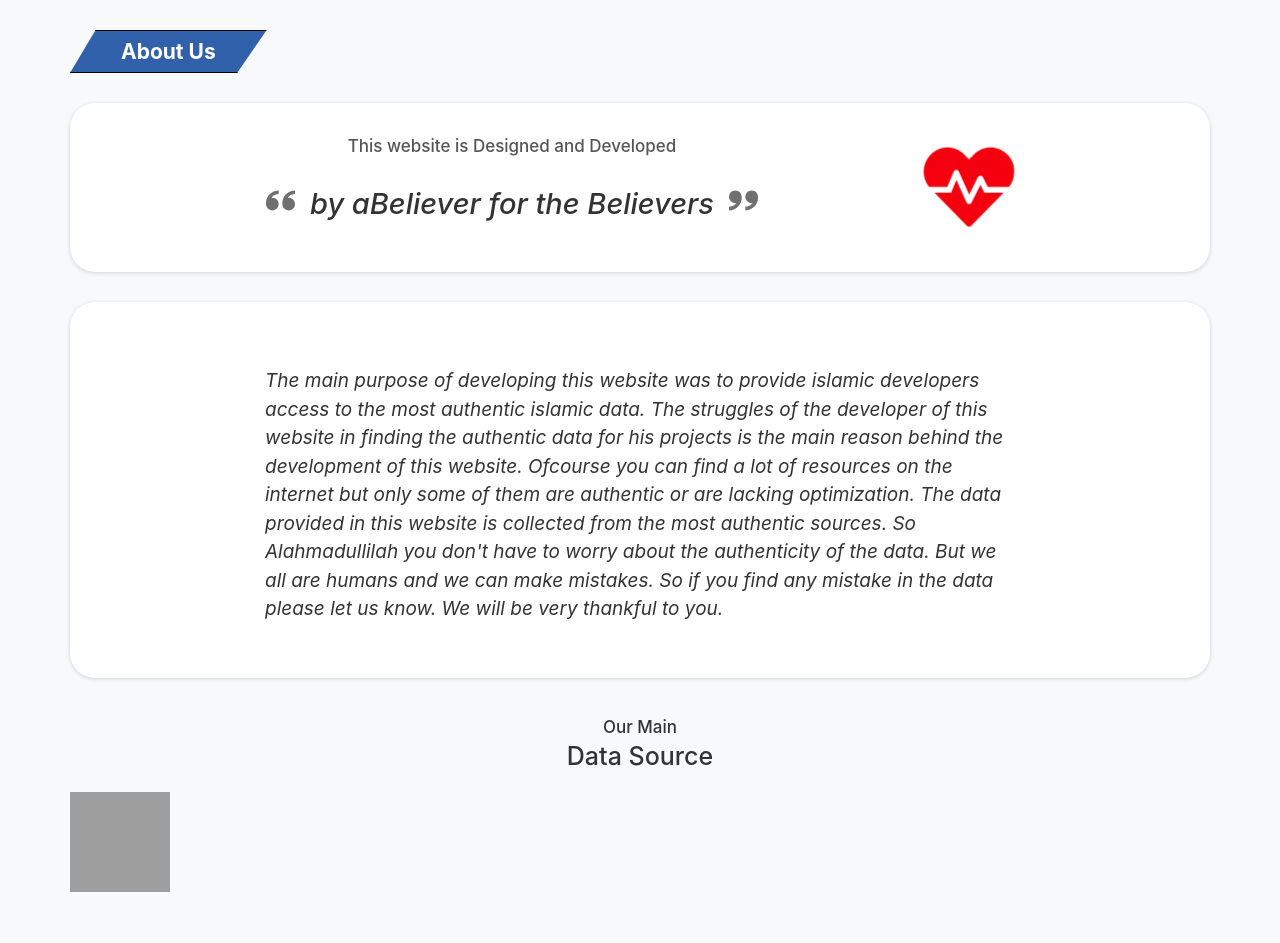
Repository: SpicierEwe/islamic-dev-repo
Page: /legal/about_us
The author's editor kept a copy of each file at every save. The page is drawn from the files as they stood at one save, then again after the next save.
The browser window is 1280 px wide. The pictures show the whole page.
Pictures or frames that could not be fetched are drawn as grey boxes. The project was rebuilt for these pictures with package versions that can differ from the ones it lists, and the page was loaded fresh each time. The framework's server and built-in components were replaced by stand-ins that run in the browser. Also part of the build but not shown: next.config.js.

Above is the page before, as saved 2022-09-16 18:08:10.

### pages/_app.js
import "../styles/globals.css";
import { DataContextProvider } from "../store/data_context";

function MyApp({ Component, pageProps }) {
  return (
    <DataContextProvider>
      <Component {...pageProps} />
    </DataContextProvider>
  );
}

export default MyApp;

### pages/legal/about_us.js
import AboutUs from "../../components/legal/about_us/about_us";

export default function Legal() {
  return (
    <div>
      <AboutUs></AboutUs>
    </div>
  );
}

### styles/globals.css
html,
body,
div,
span,
applet,
object,
iframe,
h1,
h2,
h3,
h4,
h5,
h6,
p,
blockquote,
pre,
a,
abbr,
acronym,
address,
big,
cite,
code,
del,
dfn,
em,
img,
ins,
kbd,
q,
s,
samp,
small,
strike,
strong,
sub,
sup,
tt,
var,
b,
u,
i,
center,
dl,
dt,
dd,
ol,
ul,
li,
fieldset,
form,
label,
legend,
table,
caption,
tbody,
tfoot,
thead,
tr,
th,
td,
article,
aside,
canvas,
details,
embed,
figure,
figcaption,
footer,
header,
hgroup,
menu,
nav,
output,
ruby,
section,
summary,
time,
mark,
audio,
video {
  margin: 0;
  padding: 0;
  border: 0;
  vertical-align: baseline;
}
/* HTML5 display-role reset for older browsers */
article,
aside,
details,
figcaption,
figure,
footer,
header,
hgroup,
menu,
nav,
section {
  display: block;
}
body {
  line-height: 1;
}
ol,
ul {
  list-style: none;
}
blockquote,
q {
  quotes: none;
}
blockquote:before,
blockquote:after,
q:before,
q:after {
  content: "";
  content: none;
}
table {
  border-collapse: collapse;
  border-spacing: 0;
}

/*

 ////////////////////////////////////////////////////////////////////////////from here are the styles
 //////////////////////////////////////////////////////////////////////////

*/

:root {
  --complementary-blue: #0077b6;
  --heading_black: #080808;
}

html {
  font-size: 62.5%;
}

html,
body {
  padding: 0;
  margin: 0;
  /* font-family: "Roboto", "Open Sans", sans-serif, -apple-system,
    BlinkMacSystemFont, Segoe UI, Roboto, Oxygen, Ubuntu, Cantarell, Fira Sans,
    Droid Sans, Helvetica Neue, sans-serif; */

  font-family: -apple-system, BlinkMacSystemFont, Segoe UI, Roboto, Oxygen,
    Ubuntu, Cantarell, Fira Sans, Droid Sans, Helvetica Neue, sans-serif;
  font-weight: 400;
  line-height: 1;
  color: #555;
  box-sizing: border-box;

  background-color: #f8f9fb;

  /* will make the website unselectable/copyable */
  /* -webkit-touch-callout: none;
  -webkit-user-select: none;
  -khtml-user-select: none;
  -moz-user-select: none;
  -ms-user-select: none;
  user-select: none; */
}

a {
  color: inherit;
  text-decoration: none;
}

* {
  box-sizing: border-box;
}

### store/data_context.js
import { createContext, useState } from "react";

const DataContext = createContext({
  db: [],
  downlodable_data: [],
  globaliseDataFunction: (data) => {},
  globaliseDownloadableData: (data) => {},
});

export function DataContextProvider(props) {
  const [db, setDb] = useState([]);
  const [downlodableData, setdownlodableData] = useState([]);

  // globalize db
  function globaliseData(data) {
    /// will update the data
    setDb(data);
  }

  // globalize db
  function globaliseDownloadableData(data) {
    /// will update the data
    setdownlodableData(data);
  }

  const context = {
    db: db,
    downlodable_data: downlodableData,
    globaliseDataFunction: globaliseData,
    globaliseDownloadableData: globaliseDownloadableData,
  };

  return (
    <DataContext.Provider value={context}>
      {props.children}
    </DataContext.Provider>
  );
}

export default DataContext;

### components/legal/about_us/about_us.js
import styles from "./about_us.module.css";
import Image from "next/image";
import { ImQuotesLeft, ImQuotesRight } from "react-icons/im";
import { FaHeartbeat } from "react-icons/fa";

export default function AboutUs(props) {
  return (
    <div className={styles.bg}>
      <h1 className={styles.page_title}>About Us</h1>
      <div className={styles.container_development}>
        <div>
          <p className={styles.intro}>This website is Designed and Developed</p>
          <blockquote>
            <h3 className={styles.quote}>
              <ImQuotesLeft color="#707070" style={{ marginRight: "1.5rem" }} />
              by aBeliever for the Believers
              <ImQuotesRight color="#707070" style={{ marginLeft: "1.5rem" }} />
            </h3>
          </blockquote>
        </div>
        <div className={styles.heart_icon}>
          <FaHeartbeat size="9rem" color="f4000e" />
        </div>
      </div>
      <div className={styles.container_development}>
        <p className={styles.summary}>
          The main purpose of developing this website was to provide islamic
          developers access to the most authentic islamic data. The struggles of
          the developer of this website in finding the authentic data for his
          projects is the main reason behind the development of this website.
          Ofcourse you can find a lot of resources on the internet but only some
          of them are authentic or are lacking optimization. The data provided
          in this website is collected from the most authentic sources. So
          Alahmadullilah you don&apos;t have to worry about the authenticity of
          the data. But we all are humans and we can make mistakes. So if you
          find any mistake in the data please let us know. We will be very
          thankful to you.
        </p>
      </div>

      <div className={styles.container_data_source}>
        <p className={styles.source_title}>
          <span className={styles.head_half}> Our Main</span>
          <br></br> Data Source
        </p>
        <Image
          src={
            "https://thumbs.dreamstime.com/b/sheikh-icon-flat-style-isolated-white-background-arab-emirates-symbol-stock-vector-illustration-91220453.jpg"
          }
          height="100%"
          width="100%"
          alt="Sheikh"
        ></Image>
      </div>
    </div>
  );
}

### components/legal/about_us/about_us.module.css
.bg {
  /* background-color: red; */
  max-width: 120rem;
  padding: 0 3rem;
  margin: 0 auto;
  padding-bottom: 5rem;
}

.page_title {
  margin-top: 3rem;
  display: inline-block;
  clip-path: polygon(13% 0, 100% 0%, 85% 100%, 0% 100%);
  background-color: #3061aa;
  color: white;
  border: 1px solid black;
  padding: 1rem 5rem;
  font-size: 2.1rem;
}

.container_development {
  justify-content: center;
  align-items: center;
  display: flex;
  border-radius: 2.5rem;
  margin-top: 3rem;
  background-color: white;
  padding: 3.5rem 3rem;
  box-shadow: rgba(0, 0, 0, 0.16) 0px 1px 4px;
  justify-content: space-evenly;
}

.intro {
  text-align: center;
  font-weight: 500;
  color: #555;
  font-size: 1.7rem;
}

.quote {
  margin-top: 3rem;
  color: #333;
  font-weight: 500;
  font-size: 2.9rem;
  font-style: italic;
  padding-bottom: 1.9rem;
  text-align: center;
}

/* heart icon */
.heart_icon {
  animation: heartBeat 1.5s infinite;
}

/* heart icon animation */
@keyframes heartBeat {
  0% {
    transform: scale(1);
  }
  20% {
    transform: scale(1.1);
  }
  40% {
    transform: scale(1);
  }
  60% {
    transform: scale(1.1);
  }
  80% {
    transform: scale(1);
  }
  100% {
    transform: scale(1);
  }
}

.summary {
  margin-top: 3rem;
  max-width: 75rem;

  line-height: 1.5;
  color: #333;
  font-size: 1.9rem;
  font-style: italic;
  padding-bottom: 1.9rem;
}

.source_title {
  margin-top: 3rem;
  color: #333;
  font-weight: 500;
  font-size: 2.5rem;
  line-height: 1.3;
  /* font-style: italic; */
  padding-bottom: 1.9rem;
  text-align: center;
}

.head_half {
  font-size: 1.7rem;
}

/* media query */
@media (max-width: 768px) {
  .container_development {
    flex-direction: column;
    row-gap: 1.5rem;
  }
}

After the next save:
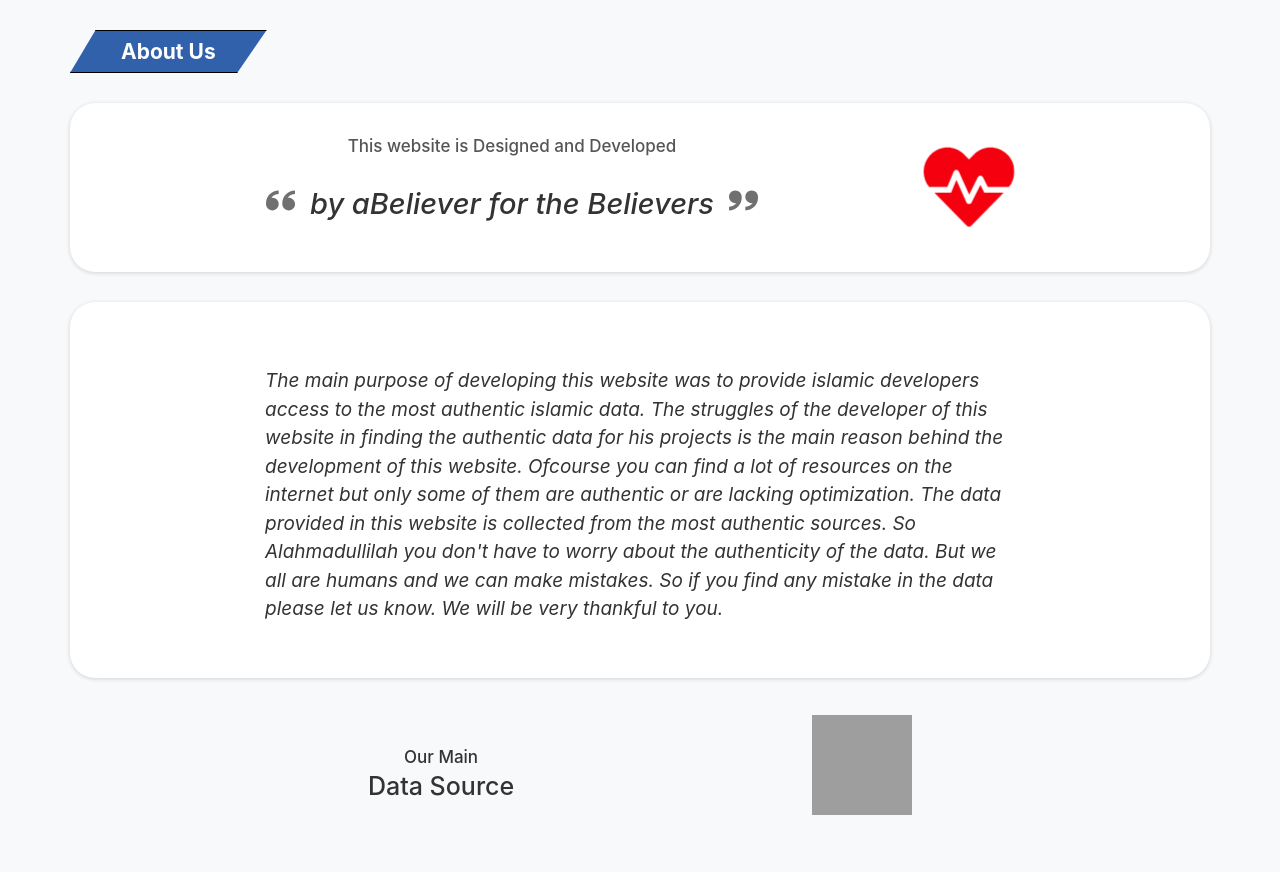
Saved 29 s later.
--- a/components/legal/about_us/about_us.module.css
+++ b/components/legal/about_us/about_us.module.css
@@ -99,6 +99,13 @@
   font-size: 1.7rem;
 }
 
+.container_data_source {
+  display: flex;
+  justify-content: space-evenly;
+  align-items: center;
+  margin-top: 3rem;
+}
+
 /* media query */
 @media (max-width: 768px) {
   .container_development {

After the 3 saves that followed:
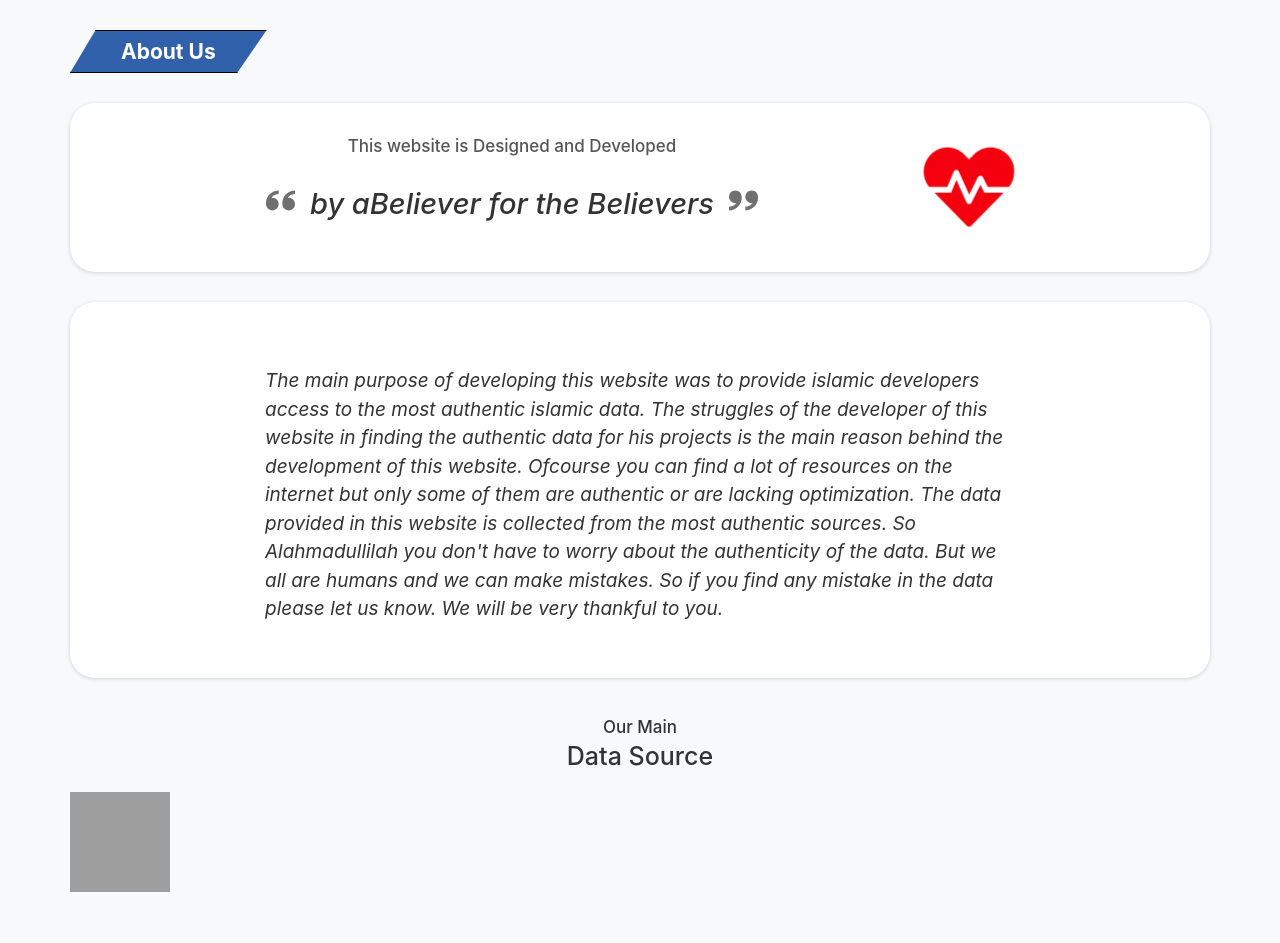
The 3 saves are shown as one change because 1 did not build or start and 1 left the picture as it was.
The last was saved 109 s later.
--- a/components/legal/about_us/about_us.js
+++ b/components/legal/about_us/about_us.js
@@ -38,7 +38,9 @@ export default function AboutUs(props) {
         </p>
       </div>
 
-      <div className={styles.container_data_source}>
+      <div
+        className={`${styles.container_development_data_source} ${styles.container_data_source}`}
+      >
         <p className={styles.source_title}>
           <span className={styles.head_half}> Our Main</span>
           <br></br> Data Source
--- a/components/legal/about_us/about_us.module.css
+++ b/components/legal/about_us/about_us.module.css
@@ -100,10 +100,7 @@
 }
 
 .container_data_source {
-  display: flex;
-  justify-content: space-evenly;
-  align-items: center;
-  margin-top: 3rem;
+  display: block;
 }
 
 /* media query */
